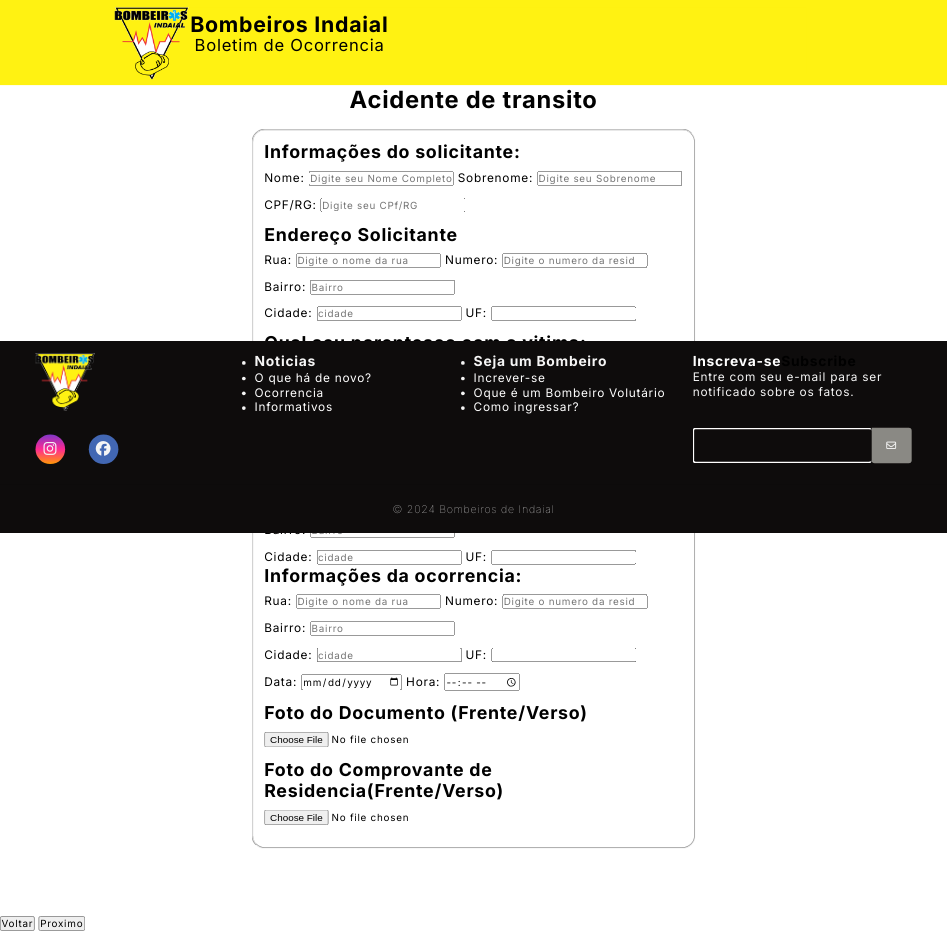
Repository: ThaylonKnopf/ProjetoBV
Page: AcidenteTransito/transitoparente/Form.html
These files come from the project's save history. The page is drawn as it stood at one moment and after a run of saves; the edit follows.
The browser window is 1280 px wide. The pictures show the whole page, at 74% of full size.

Above is the page before, as saved 2024-04-08 11:41:40.

After the next 2 saves:
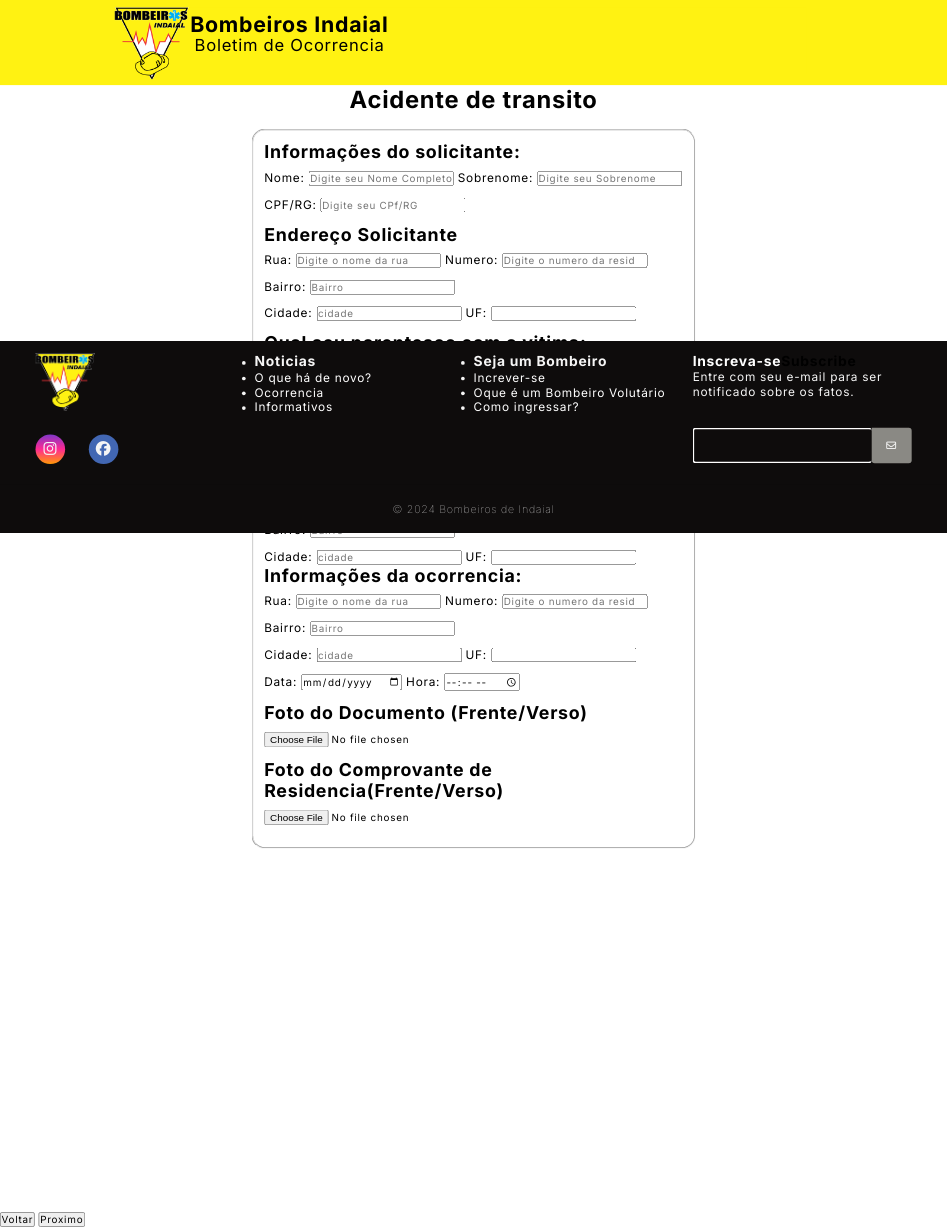
The 2 saves are shown as one change because they came seconds apart.
The last was saved 13 s later.
--- a/AcidenteTransito/transitoparente/estilo-fato.css
+++ b/AcidenteTransito/transitoparente/estilo-fato.css
@@ -29,7 +29,7 @@
 
 form{
     max-width: 600px;
-    margin: 0px auto 90px auto;
+    margin: 0px auto 490px auto;
 }
 fieldset{
     border-radius: 18px;
